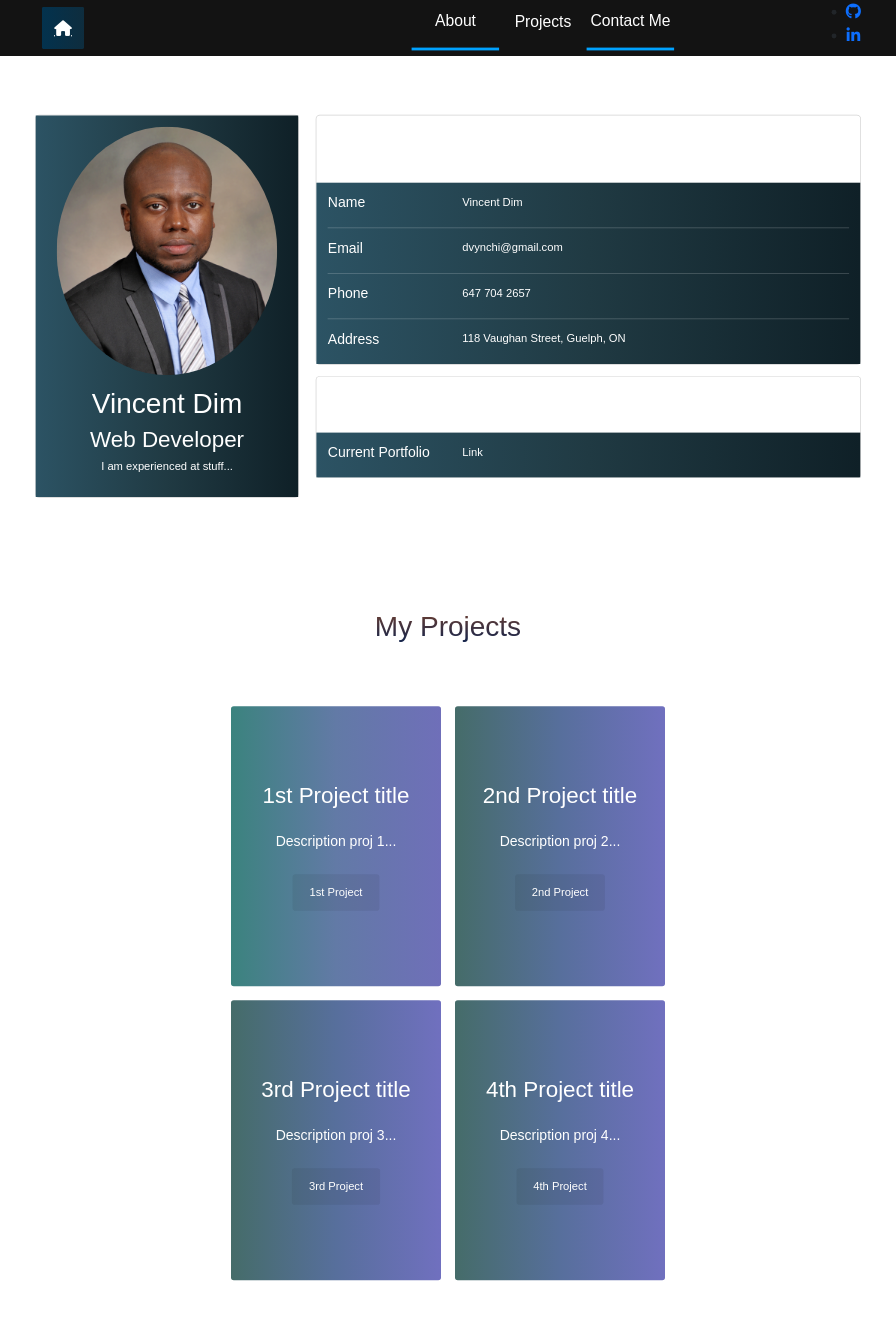
Repository: dvynchi/profile-2022
Page: index.html
The author's editor kept a copy of each file at every save. The page is drawn from the files as they stood at one save, then again after the next save.
The browser window is 1280 px wide. The pictures show the part of the page from y = 0 to 1920 px (the page is 2631 px tall), at 70% of full size.
Some web libraries are served in a nearby version.

Above is the page before, as saved 2022-08-18 11:54:15.

After the next save:
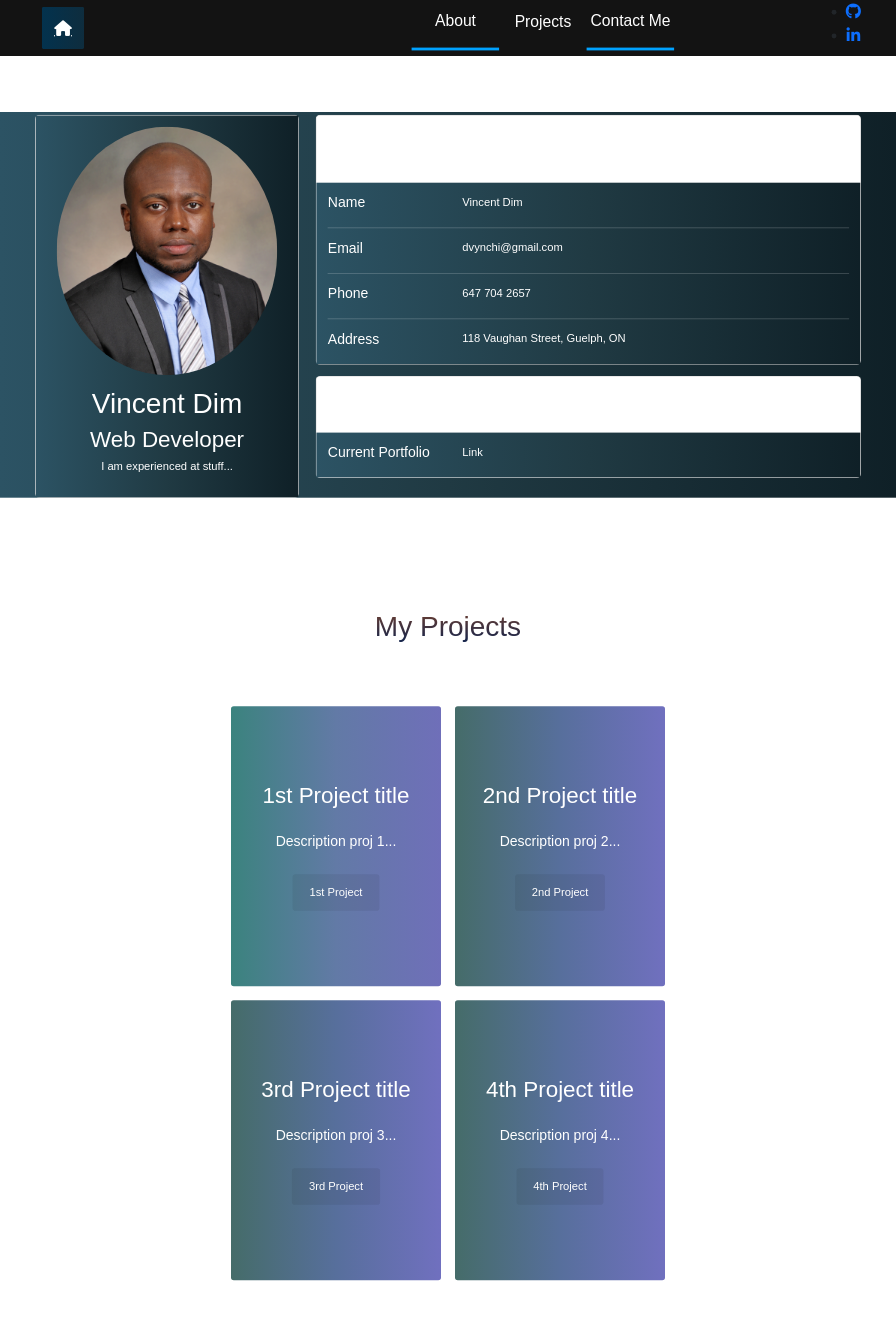
Saved 60 s later.
--- a/styles.css
+++ b/styles.css
@@ -222,6 +222,12 @@
     width: 100%;
     max-width: 1300px;
     padding: 0 50px;
+
+    background: #0F2027;
+    background: -webkit-linear-gradient(to right, #2C5364, #203A43, #0F2027);
+    background: linear-gradient(to right, #2C5364, #203A43, #0F2027);
+
+
 }
 
 .main_container h3 {

After the save that followed:
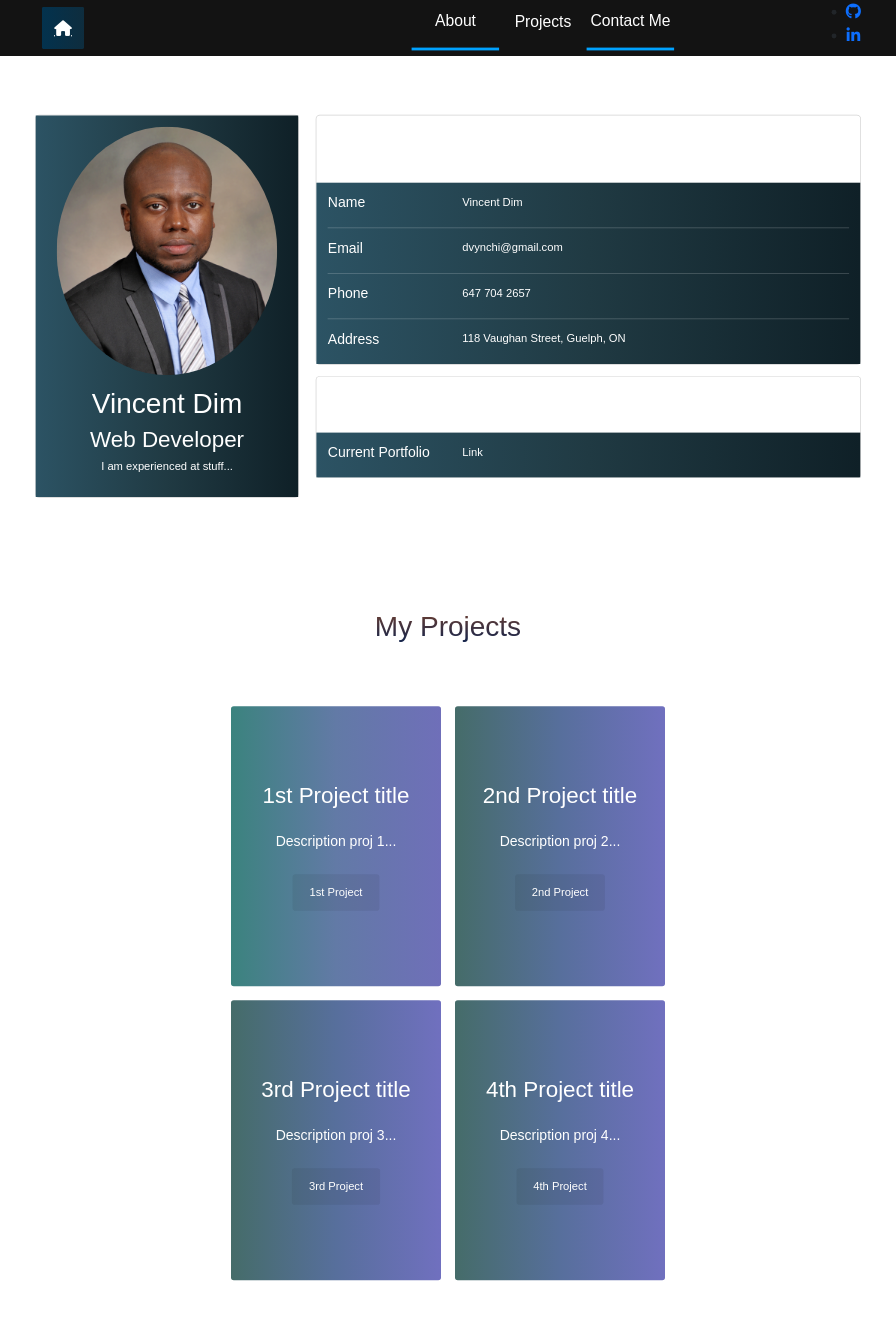
Saved 26 s later.
--- a/styles.css
+++ b/styles.css
@@ -222,12 +222,6 @@
     width: 100%;
     max-width: 1300px;
     padding: 0 50px;
-
-    background: #0F2027;
-    background: -webkit-linear-gradient(to right, #2C5364, #203A43, #0F2027);
-    background: linear-gradient(to right, #2C5364, #203A43, #0F2027);
-
-
 }
 
 .main_container h3 {
